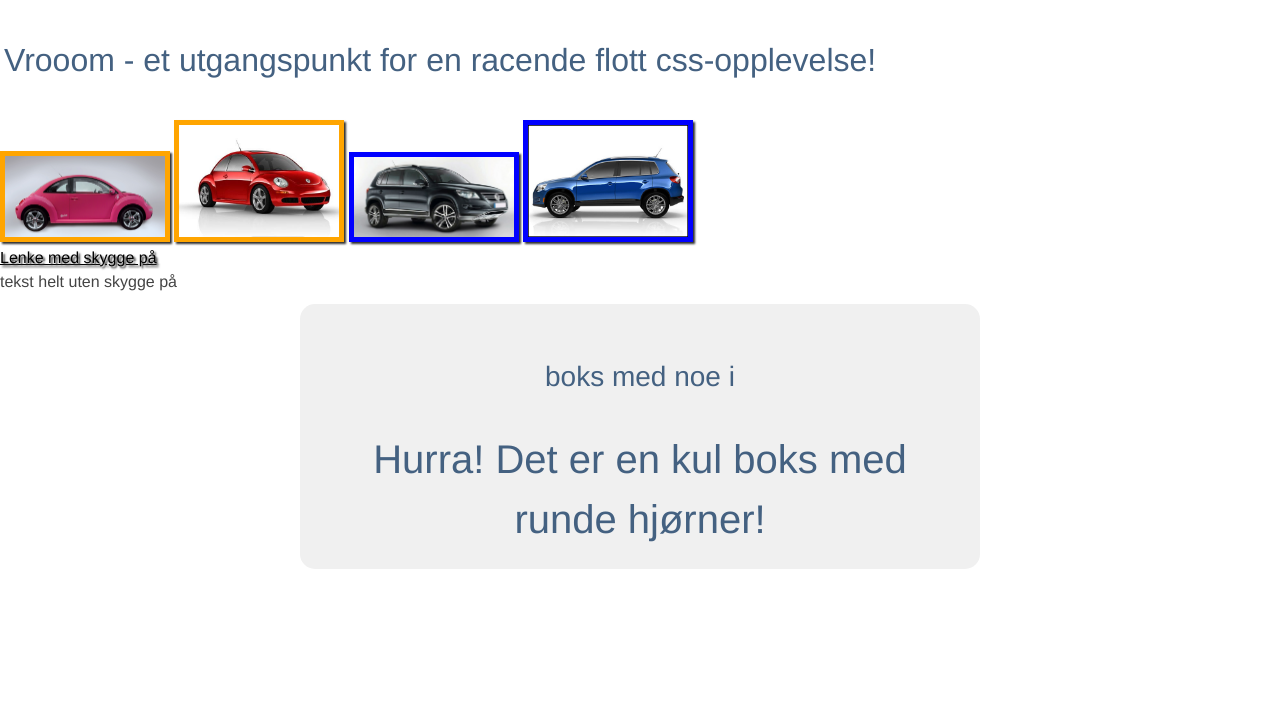
Repository: mesan/css-kurs
Page: kode/wroom/index.html
These files come from the project's save history. The page is drawn as it stood at one moment and after the next save; the edit follows.
The browser window is 1280 px wide. The pictures show the whole page.

Above is the page before, as saved 2013-01-22 17:53:03.

After the next save:
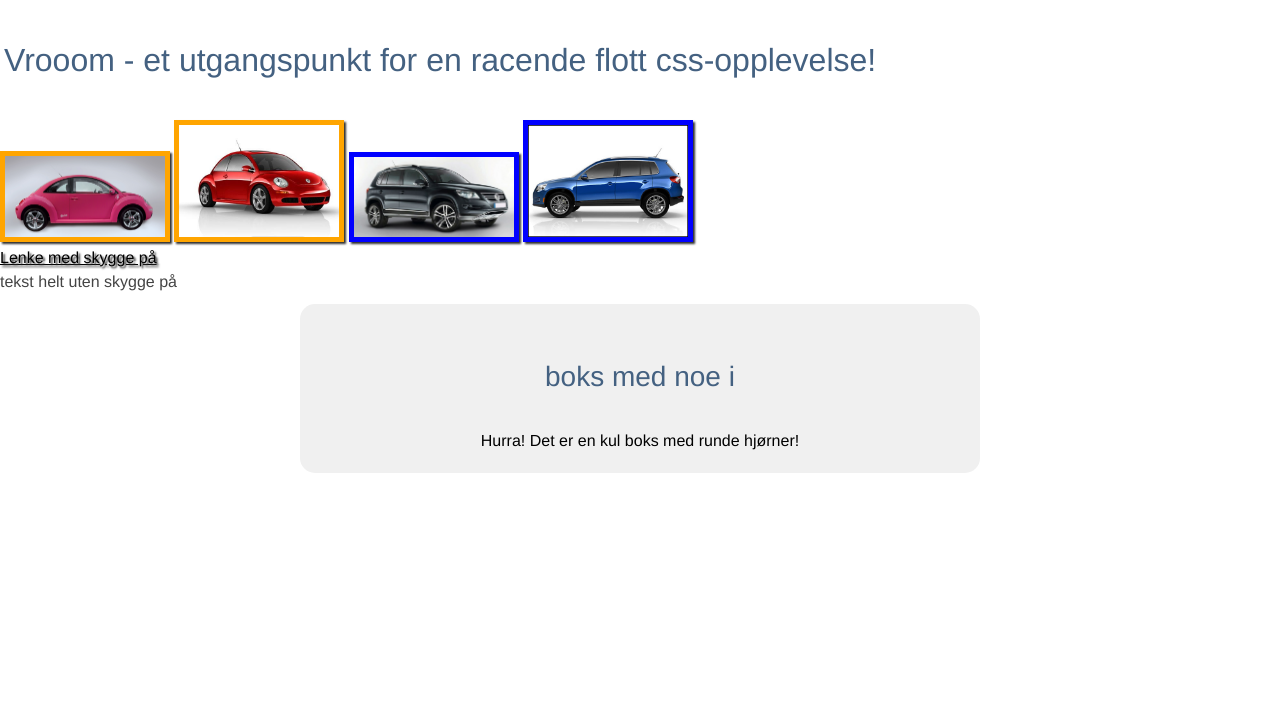
Saved 95 min 5 s later.
--- a/kode/wroom/styles/examples.css
+++ b/kode/wroom/styles/examples.css
@@ -86,17 +86,3 @@ a[href*="#"]{
     color: black;
     text-shadow: 2px 2px 2px #2F2F2F;
 }
-
-/*******************************************
- * Not so good examples:
- *******************************************/
-p.overskriftPaaSideTre{ color: #446181; font-size: 40px; text-align: center; }
-.markert { background-color: red; }
-.markert p { color: white; }
-.markert li ul li p { color: yellow; padding: 0; margin: 0; text-align: left; }
-.markert li ul li p a { color: green; }
-.tekst1 { font-size: 16px; font-weight: bold; }
-.tekst2 { font-size: 14px; font-family: Geneva; color: blue; }
-#tekst3 { font-size: 14px; font-family: Geneva; color: black; }
-.fiskebollegryteStorVenstre { float:left; }
-article #comments ul > li > a.button { /* Uffda */ }
